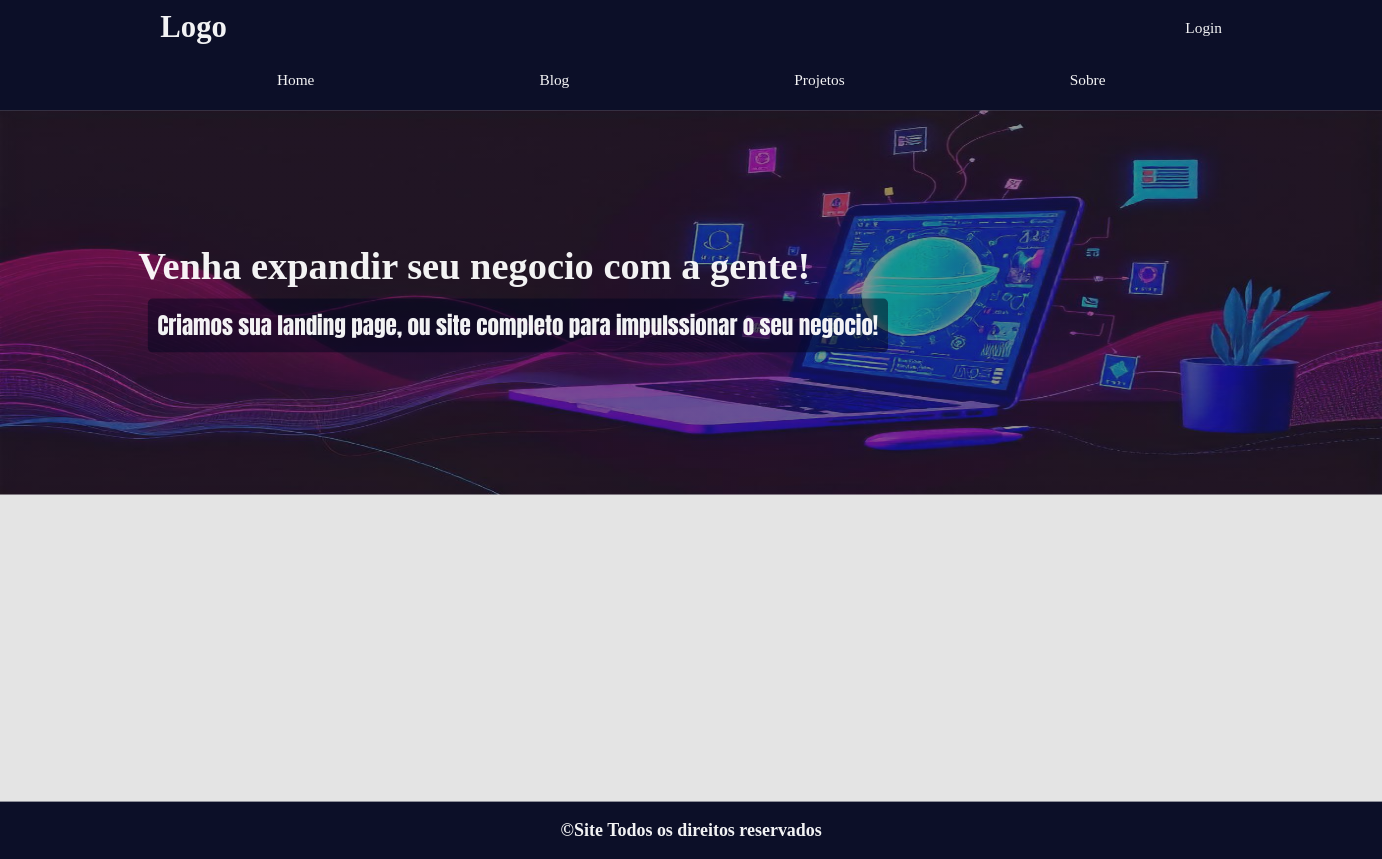
Repository: SauloMorais01/mysitefront-end
Page: index.html
An editor plug-in stored every save of this project. The page is shown before and after the next save, followed by the edit.
The browser window is 1440 px wide. The pictures show the whole page, at 96% of full size.

Above is the page before, as saved 2024-11-01 22:39:25.

### index.html
<!DOCTYPE html>
<html lang="pt-br">
<head>
    <meta charset="UTF-8">
    <meta name="viewport" content="width=device-width, initial-scale=1.0">
    <title>Titulo - status</title>
    <link rel="stylesheet" href="./src/css/style.css">
</head>
<body>
    <header class="primary-color hd-color-white">
        <div class="container">
            <div class="top-box flex">
                <div class="logo">
                    <a class="hd-color-white" href="/"><h1>Logo</h1></a>
                </div>
                <div class="login">
                    <a class="hd-color-white" href="/">Login</a>
                </div>
            </div>
        </div>
    </header>

    <section id="menu" class="sticky-top primary-color hd-color-white">
            <div class="container center">
                <a href="/">Home</a>
                <a href="./src/pages/blog.html">Blog</a>
                <a href="/">Projetos</a>
                <a href="/">Sobre</a>
            </div>
    </section>

    <main>
        <section class="info-top">
            <div class="container hd-color-white">
                <div class="info-top-top">
                    <h1>Venha expandir seu negocio com a gente!</h1>
                </div>
                <div class="info-top-p">
                    <p>Criamos sua landing page, ou site completo para impulssionar o seu negocio!</p>
                </div>
            </div>
        </section>

    </main>

    <footer class="primary-color center">
        <h3 class="hd-color-white">&copy;<strong>Site</strong> Todos os direitos reservados</h3>
    </footer>


    <script src="./src/js/main.js"></script>
</body>
</html>

### src/css/style.css
/* Primary configs */
:root {
    /* Colors */
    /* Bases */
    --primary-color: 234, 94%, 6%,;
    --secondary-color: 184, 86%, 66%,;
    --body-color: 0, 0%, 89%,;
    --white-color: 0, 0%, 100%,;
    --black-color: 0, 0%, 0%,;
    /* End Bases */

    /* Variations colors */
    --primary-color-normal: hsla(var(--primary-color) 0.95);
    --primary-color-medium: hsla(var(--primary-color) 0.5);
    --primary-color-light: hsla(var(--primary-color) 0.250);

    --secondary-color-normal: hsla(var(--secondary-color) 0.95);
    --secondary-color-medium: hsla(var(--secondary-color) 0.5);
    --secondary-color-light: hsla(var(--secondary-color) 0.250);

    --body-color-normal: hsla(var(--body-color) 0.95);
    --body-color-medium: hsla(var(--body-color) 0.5);
    --body-color-light: hsla(var(--body-color) 0.250);

    --black-color-normal: hsla(var(--black-color) 0.95);
    --black-color-medium: hsla(var(--black-color) 0.5);
    --black-color-light: hsla(var(--black-color) 0.250);

    --white-color-normal: hsla(var(--white-color) 0.95);
    --white-color-medium: hsla(var(--white-color) 0.5);
    --white-color-light: hsla(var(--white-color) 0.250);
    /* End variations colors */
    /* End Colors */

    /* Conf Sizes */
    --container-larger-l: 80%;
    --container-larger-m: 80%;
    --container-larger-s: 80%;
    --container-tablet: 90%;
    --container-small-d: 95%;
    --grid-width: 20%;
    --grid-height: 20%;
    /* End conf Sizes */
}

/* Global */
* {
    box-sizing: border-box;
    margin: 0;
    padding: 0;
}
/* End global */

/* pagina */
body {
    background: var(--body-color-normal);
}

a {
    list-style: none;
    text-decoration: none;
}


main {
    height: 100vh;
}

footer {
    height: 60px;
}

footer h3 {
    padding-top: 1.2rem;
}

/* end pagina */

/* Utils */
.flex {
    display: flex;
}

.sticky-top {
    position: sticky;
    top: 0;
}

.center {
    text-align: center;
}

.right {
    text-align: right;
}

.left {
    text-align: left;
}

.grid-temp {
    width: var(--grid-width); height: var(--grid-height);
    display: grid;
    grid-template-columns: repeat(4, 1fr);
    grid-template-rows: repeat(4, 1fr);
}

.primary-color{
    background: var(--primary-color-normal);
}

.secondary-color{
    background: var(--secondary-color-normal);
}

.hd-color-black {
    color: var(--black-color-normal);
}

.hd-color-white {
    color: var(--white-color-normal);
}

.hidden {
    display: none;
}
/* End utils */



/* Responsividade */
@media (max-width: 575.99px) {
    .container {
        margin: 0 auto;
        width: var(--container-small-d);
    }

    header {
        height: 40px;
    }

    #menu {
        height: 40px;
        display:none;
    }

    #menu a {
        color: var(--white-color-normal);
        margin: 5px 2%;
        padding: 10px 5%;
    }

    #menu a:hover {
        background-color: var(--secondary-color-light);
        border-radius: 5px;
    }

    .top-box {
        position: relative;
        padding-top: 2px;
    }

    .logo {
        position: absolute;
        left: 1%;
        font-size: 0.8rem;
    }

    .login {
        position: absolute;
        margin-top: 2px;
        right: 1%;
        display: none;
    }

    /* Main */
    .info-top{
        /* background: #4f0c6e; */
        height: 250px;
        background-image: linear-gradient(50deg, #2222227a, #2222227a), url(../img/freepik__generate-images-about-web-development__7459.jpeg);
        background-position: center;
        background-size: 100% 100%;
        display: flex;
        align-items: center;
        justify-content: center;
        /* background-repeat: no-repeat; */
    }

    .info-top h1 {
        font-size: 1.25rem;
    }

    .info-top p {
        font-size: 0.8rem;
        width: fit-content;
        font-size: 0.8rem;
        background: var(--primary-color-medium);
        border-radius: 5px;
        padding: 10px;
        font-family: Impact, Haettenschweiler, 'Arial Narrow Bold', sans-serif;
    }
}

@media (min-width: 576px) {
    .container {
        margin: 0 auto;
        width: var(--container-small-d);
    }

    header {
        height: 40px;
    }

    #menu {
        height: 40px;
        display:none;
    }

    #menu a {
        color: var(--white-color-normal);
        margin: 5px 2%;
        padding: 10px 5%;
    }

    #menu a:hover {
        background-color: var(--secondary-color-light);
        border-radius: 5px;
    }

    .top-box {
        position: relative;
        padding-top: 3px;
    }

    .logo {
        position: absolute;
        left: 1%;
        font-size: 0.8rem;
    }

    .login {
        position: absolute;
        margin-top: 3px;
        right: 1%;
        display: none;
    }

    /* Main */
    .info-top{
        /* background: #4f0c6e; */
        height: 250px;
        background-image: linear-gradient(50deg, #2222227a, #2222227a), url(../img/freepik__generate-images-about-web-development__7459.jpeg);
        background-position: center;
        background-size: 100% 100%;
        display: flex;
        align-items: center;
        justify-content: center;
        /* background-repeat: no-repeat; */
    }

    .info-top h1 {
        font-size: 1.25rem;
    }

    .info-top p {
        width: fit-content;
        font-size: 0.8rem;
        background: var(--primary-color-medium);
        border-radius: 5px;
        padding: 10px;
    }
}

/* Medium devices (tablets, 768px and up) */
@media (min-width: 768px) {
    .container {
        margin: 0 auto;
        width: var(--container-tablet);
    }

    header {
        height: 50px;
    }

    #menu {
        height: 40px;
        display:none;
    }

    #menu a {
        color: var(--white-color-normal);
        margin: 5px 3%;
        padding: 10px 5%;
    }

    #menu a:hover {
        background-color: var(--secondary-color-light);
        border-radius: 5px;
    }

    .top-box {
        position: relative;
        padding-top: 6px;
    }

    .logo {
        position: absolute;
        left: 2%;
        font-size: 1rem;
    }

    .login {
        position: absolute;
        margin-top: 6px;
        right: 2%;
        display: none;
    }

    /* Main */
    .info-top{
        /* background: #4f0c6e; */
        height: 300px;
        background-image: linear-gradient(50deg, #2222227a, #2222227a), url(../img/freepik__generate-images-about-web-development__7459.jpeg);
        background-position: center;
        background-size: 100% 100%;
        display: flex;
        align-items: center;
        justify-content: center;
        /* background-repeat: no-repeat; */
    }

    .info-top h1 {
        font-size: 1.5rem;
    }

    .info-top p {
        margin: 10px;
        font-size: 1.0rem;
    }
}

/* Large devices (desktops, 992px and up) */
@media (min-width: 992px) {
    .container {
        margin: 0 auto;
        width: var(--container-larger-s);
    }

    header {
        height: 60px;
    }

    #menu {
        height: 40px;
        display: block;
    }

    #menu a {
        color: var(--white-color-normal);
        margin: 5px 4%;
        padding: 10px 5%;
    }

    #menu a:hover {
        background-color: var(--secondary-color-light);
        border-radius: 5px;
    }

    .top-box {
        position: relative;
        padding-top: 8px;
    }

    .logo {
        position: absolute;
        left: 2%;
    }

    .login {
        position: absolute;
        margin-top: 8px;
        right: 2%;
        display: block;
    }

    /* Main */
    .info-top{
        /* background: #4f0c6e; */
        height: 350px;
        background-image: linear-gradient(50deg, #2222227a, #2222227a), url(../img/freepik__generate-images-about-web-development__7459.jpeg);
        background-position: center;
        background-size: 100% 100%;
        display: flex;
        align-items: center;
        justify-content: center;
        /* background-repeat: no-repeat; */
    }

    .info-top h1 {
        font-size: 2.0rem;
    }

    .info-top p {
        font-size: 1.0rem;
    }
}

/* X-Large devices (large desktops, 1200px and up) */
@media (min-width: 1200px) {
    .container {
        margin: 0 auto;
        width: var(--container-larger-m);
    }

    header {
        height: 70px;
    }

    #menu {
        height: 40px;
        display: block;
    }

    #menu a {
        color: var(--white-color-normal);
        margin: 5px 4.5%;
        padding: 10px 5%;
    }

    #menu a:hover {
        background-color: var(--secondary-color-light);
        border-radius: 5px;
    }

    .top-box {
        position: relative;
        padding-top: 8px;
    }

    .logo {
        position: absolute;
        left: 2%;
    }

    .login {
        position: absolute;
        margin-top: 8px;
        right: 2%;
    }

    /* Main */
    .info-top{
        /* background: #4f0c6e; */
        height: 400px;
        background-image: linear-gradient(50deg, #2222227a, #2222227a), url(../img/freepik__generate-images-about-web-development__7459.jpeg);
        background-position: center;
        background-size: 100% 100%;
        display: flex;
        align-items: center;
        justify-content: center;
        /* background-repeat: no-repeat; */
    }

    .info-top h1 {
        font-size: 2.5rem;
    }

    .info-top p {
        font-size: 1.5rem;
    }
}

/* XX-Large devices (larger desktops, 1400px and up) */
@media (min-width: 1400px) {
    .container {
        margin: 0 auto;
        width: var(--container-larger-l);
    }

    header {
        height: 75px;
    }

    #menu {
        height: 40px;
        display: block;
    }

    #menu a {
        color: var(--white-color-normal);
        margin: 5px 5%;
        padding: 10px 5%;
    }

    #menu a:hover {
        background-color: var(--secondary-color-light);
        border-radius: 5px;
    }

    .top-box {
        position: relative;
        padding-top: 10px;
    }

    .logo {
        position: absolute;
        left: 2%;
    }

    .login {
        position: absolute;
        margin-top: 10px;
        right: 2%;
    }

    /* Main */
    .info-top{
        /* background: #4f0c6e; */
        height: 400px;
        background-image: linear-gradient(50deg, #2222227a, #2222227a), url(../img/freepik__generate-images-about-web-development__7459.jpeg);
        background-position: center;
        background-size: 100% 100%;
        display: flex;
        align-items: center;
        justify-content: center;
        /* background-repeat: no-repeat; */
    }

    .info-top h1 {
        font-size: 2.5rem;
    }

    .info-top p {
        font-size: 1.5rem;
        font-family: Impact, Haettenschweiler, 'Arial Narrow Bold', sans-serif;
    }
}
/* End responsividade */

Loaded but not shown: src/js/main.js (no copy from this time; the picture is the same without it)

After the next save:
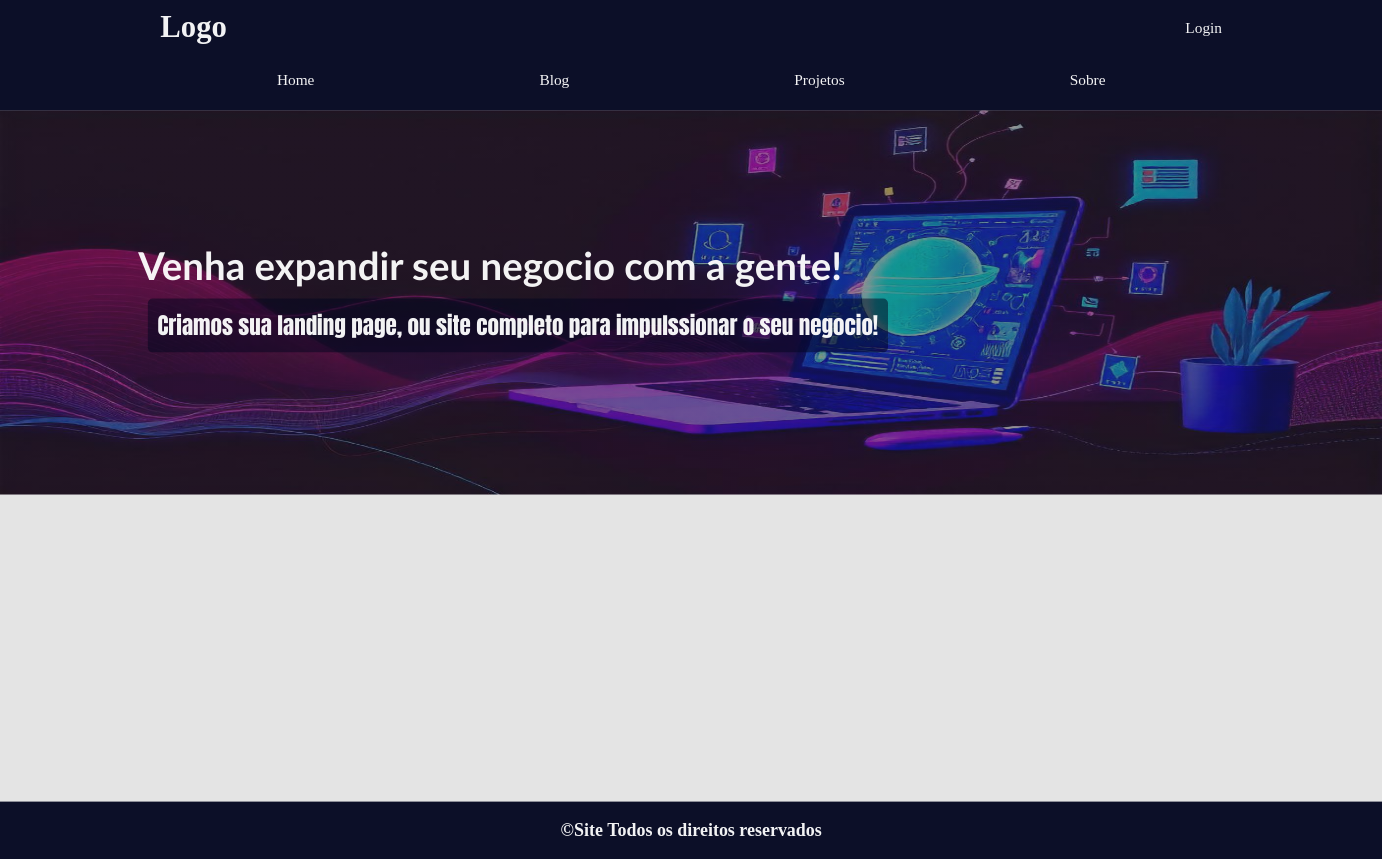
Saved 23 s later.
--- a/src/css/style.css
+++ b/src/css/style.css
@@ -528,6 +528,7 @@ footer h3 {
 
     .info-top h1 {
         font-size: 2.5rem;
+        font-family: 'Trebuchet MS', 'Lucida Sans Unicode', 'Lucida Grande', 'Lucida Sans', Arial, sans-serif;
     }
 
     .info-top p {
